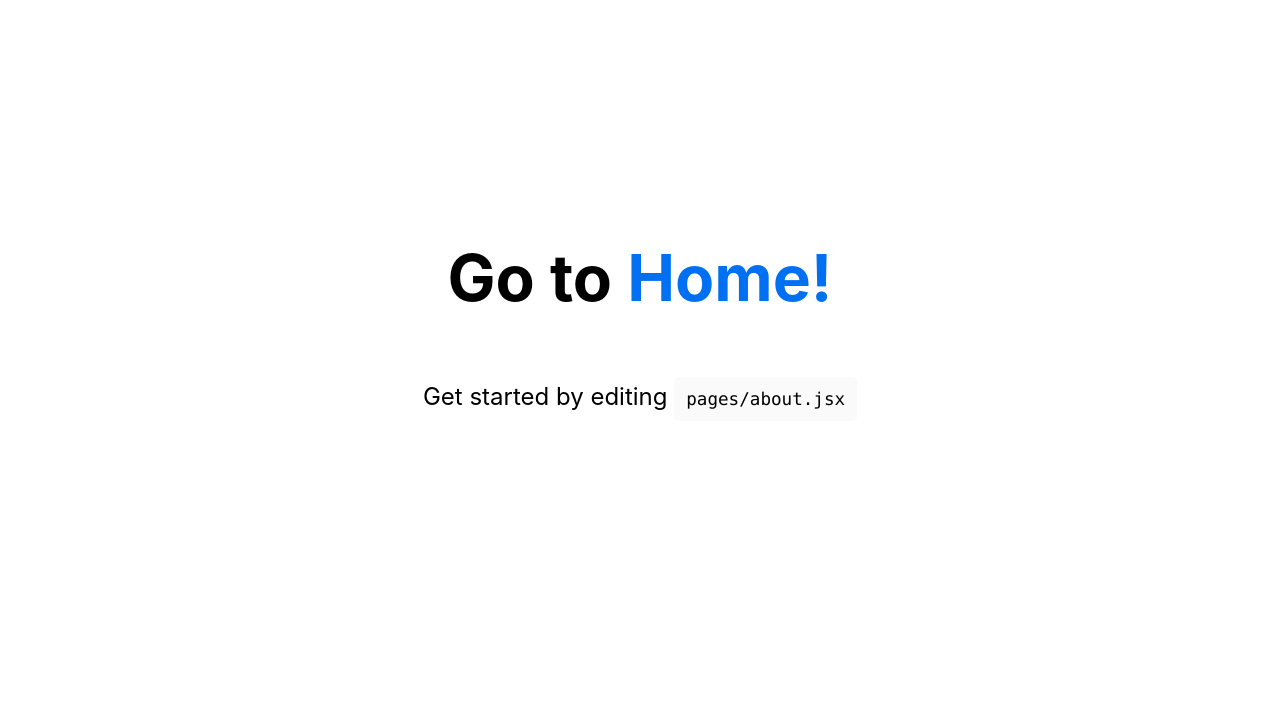
Repository: juagarc4/next-vercel-deploy
Page: /about
An editor plug-in stored every save of this project. The page is shown before and after a run of saves, followed by the edit.
The browser window is 1280 px wide. The pictures show the whole page.
The project was rebuilt for these pictures with package versions that can differ from the ones it lists, and the page was loaded fresh each time. The framework's server and built-in components were replaced by stand-ins that run in the browser. Also part of the build but not shown: next.config.js.

Above is the page before, as saved 2022-04-28 19:54:32.

### pages/about.jsx
import Head from 'next/head'
import Link from 'next/link'
import styles from '../styles/Home.module.css'

export default function AboutPage() {
  return (
    <div className={styles.container}>
      <Head>
        <title>About - Initial App</title>
        <meta name='description' content='About Page' />
        <link rel='icon' href='/favicon.ico' />
      </Head>

      <main className={styles.main}>
        <h1 className={styles.title}>
          Go to <Link href='/'>Home!</Link>
        </h1>

        <p className={styles.description}>
          Get started by editing <code className={styles.code}>pages/about.jsx</code>
        </p>
      </main>
    </div>
  )
}

### components/Navbar.jsx
import React from 'react'

export const Navbar = () => {
  return (
    <nav>
      <a href='/'>Home</a>
      <a href='/contact'>Contact</a>
      <a href='/about'>About</a>
    </nav>
  )
}

Loaded but not shown: pages/_app.js (common file); styles/globals.css (common file); styles/Home.module.css (common file)

After the next 3 saves:
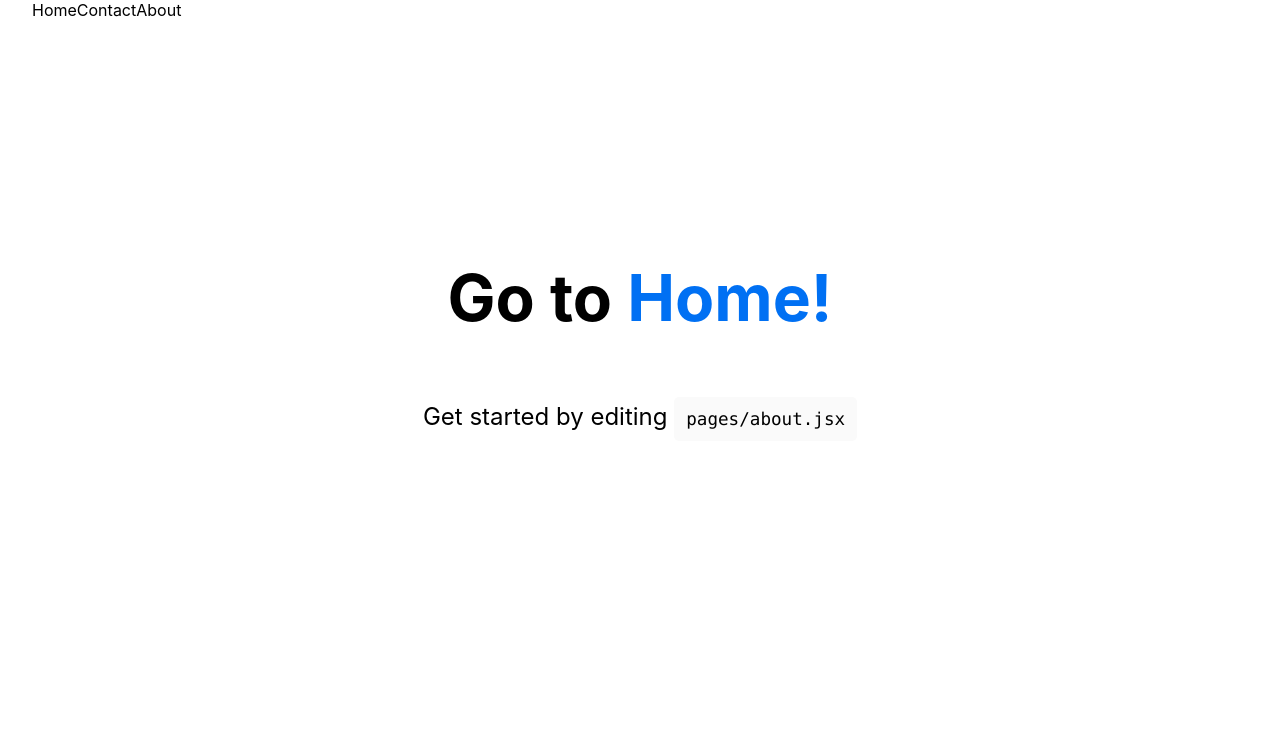
The 3 saves are shown as one change because they came seconds apart.
The last was saved 35 min 27 s later.
--- a/pages/about.jsx
+++ b/pages/about.jsx
@@ -1,5 +1,6 @@
 import Head from 'next/head'
 import Link from 'next/link'
+import { Navbar } from '../components/Navbar'
 import styles from '../styles/Home.module.css'
 
 export default function AboutPage() {
@@ -10,7 +11,7 @@ export default function AboutPage() {
         <meta name='description' content='About Page' />
         <link rel='icon' href='/favicon.ico' />
       </Head>
-
+      <Navbar/>
       <main className={styles.main}>
         <h1 className={styles.title}>
           Go to <Link href='/'>Home!</Link>
